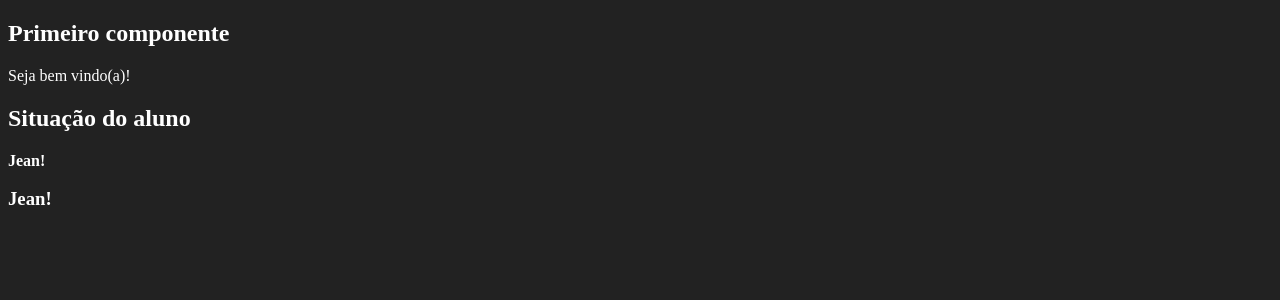
Repository: jean-siqueira/fundamentos-react
Page: /
An editor plug-in stored every save of this project. The page is shown before and after a run of saves, followed by the edit.
The browser window is 1280 px wide. The pictures show the whole page.
The project was rebuilt for these pictures with package versions that can differ from the ones it lists, and the page was loaded fresh each time.

Above is the page before, as saved 2023-03-04 11:15:22.

### src/index.js
import './index.css'
import ReactDOM from 'react-dom'
import React from 'react'

import Primeiro from './components/basicos/Primeiro'
import ComParametro from './components/basicos/ComParametro'

const tag = <strong>Olá React</strong>


ReactDOM.render(
    <div>
        <Primeiro></Primeiro>
        <ComParametro
            titulo="Situação do aluno"
            aluno="Jean!"
            nota={9.3}/>
    </div>,
    document.getElementById('root'))

### src/components/basicos/Primeiro.js

import React from "react"

export default function Primeiro() {

    const msg = 'Seja bem vindo(a)!'

    return (
        <div>
            <h2>Primeiro componente</h2>
            <p>  {msg} </p>
        </div>
    )

}

### src/components/basicos/ComParametro.jsx
import React from "react"

export default function ComParametro(props) {
    console.log(props)
    return (
        <div>
            <h2>{ props.titulo }</h2>
            <p>
                <strong>{ props.aluno }</strong>
            </p>
            <h3>{ props.aluno }</h3>
        </div>
    )
}

Loaded but not shown: public/index.html (common file); src/index.css (common file)

After the next 3 saves:
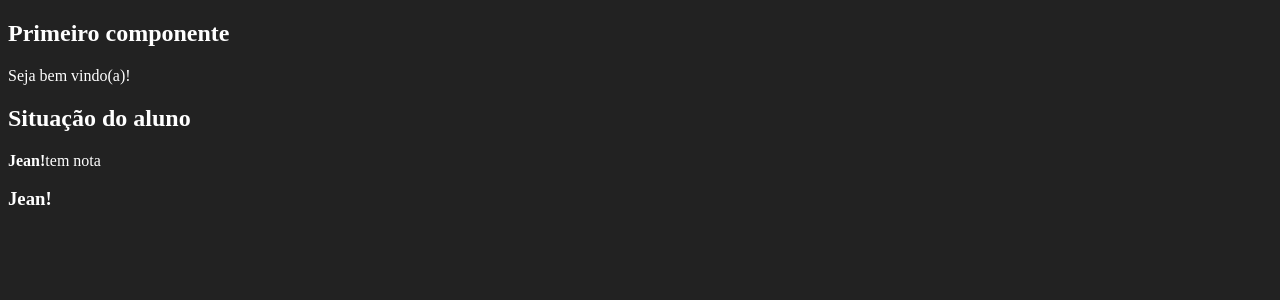
The 3 saves are shown as one change because they came seconds apart.
The last was saved 11 s later.
--- a/src/components/basicos/ComParametro.jsx
+++ b/src/components/basicos/ComParametro.jsx
@@ -7,6 +7,8 @@ export default function ComParametro(props) {
             <h2>{ props.titulo }</h2>
             <p>
                 <strong>{ props.aluno }</strong>
+                tem nota
+                <strong></strong>
             </p>
             <h3>{ props.aluno }</h3>
         </div>
